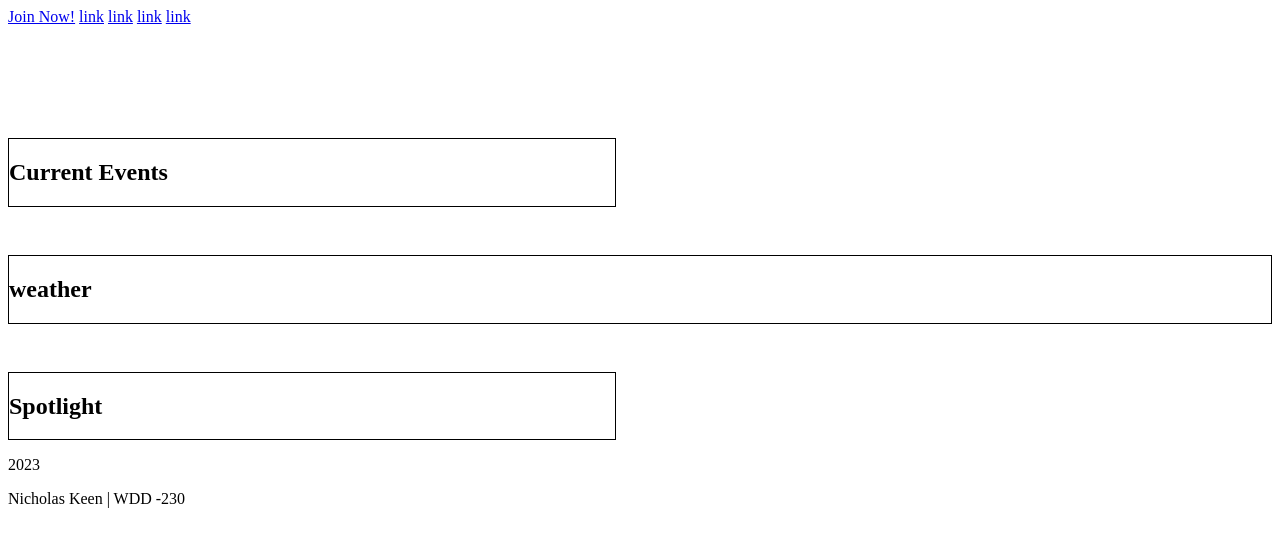
Repository: nak97/WDD230
Page: lesson03/chamber.html
These files come from the project's save history. The page is drawn as it stood at one moment and after the next save; the edit follows.
The browser window is 1280 px wide. The pictures show the whole page.
Some web fonts or font styles are not loaded; a fallback is used.

Above is the page before, as saved 2023-10-07 19:50:10.

After the next save:
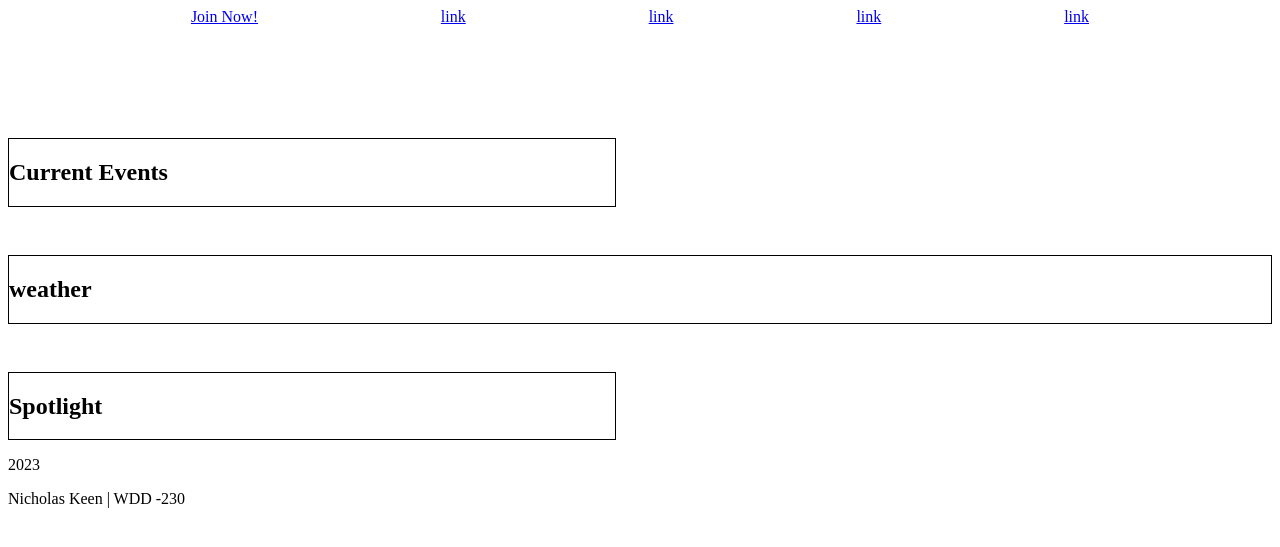
Saved 93 s later.
--- a/lesson03/base.css
+++ b/lesson03/base.css
@@ -3,6 +3,10 @@
   background-repeat: no-repeat;
 }  */
 
+nav {
+  display: flex;
+  justify-content: space-evenly;
+}
 
 main {
   display: grid;

After the 2 saves that followed:
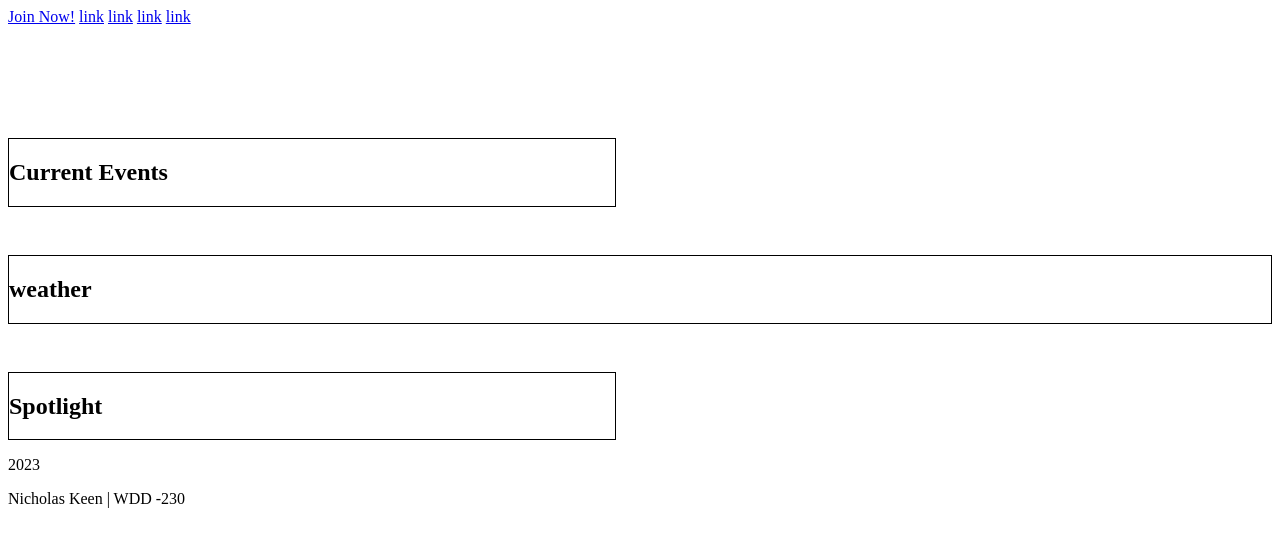
The 2 saves are shown as one change because they came seconds apart.
The last was saved 29 s later.
--- a/lesson03/base.css
+++ b/lesson03/base.css
@@ -3,10 +3,7 @@
   background-repeat: no-repeat;
 }  */
 
-nav {
-  display: flex;
-  justify-content: space-evenly;
-}
+nav {}
 
 main {
   display: grid;
